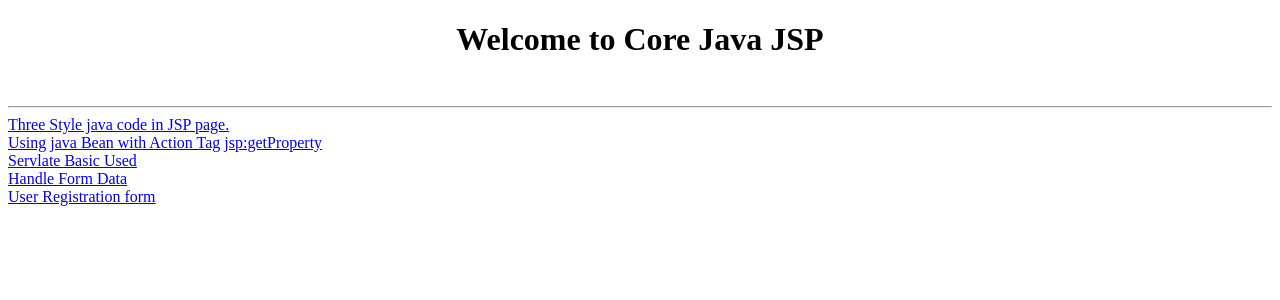
Repository: imrangthub/BlogUsingCoreJava
Page: http://localhost/StartingJsp_00/
The author's editor kept a copy of each file at every save. The page is drawn from the files as they stood at one save, then again after the next save.
The browser window is 1280 px wide. The pictures show the whole page.
The page is served by Tomcat 9.

Above is the page before, as saved 2016-12-24 14:17:17.

After the next save:
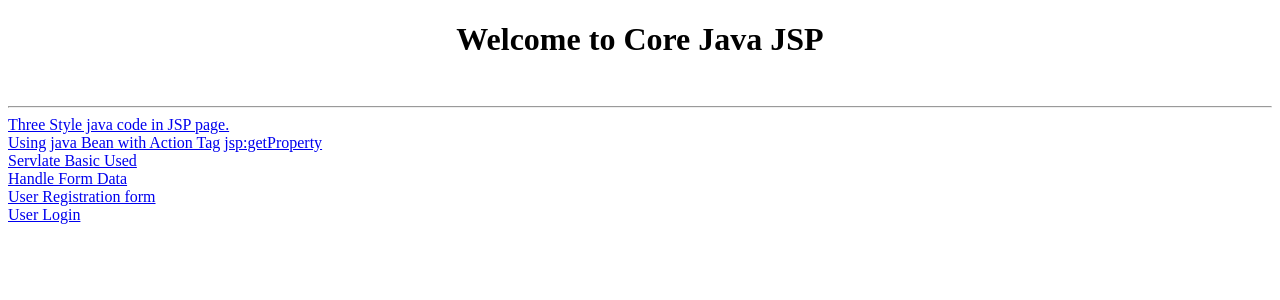
Saved 38 s later.
--- a/StartingJsp_00/WebContent/index.jsp
+++ b/StartingJsp_00/WebContent/index.jsp
@@ -15,6 +15,7 @@
 <a href="Test">Servlate Basic Used</a><br/>
 <a href="formDataHandlePostM.jsp">Handle Form Data</a><br/>
 <a href="registration.jsp">User Registration form</a><br/>
+<a href="login.jsp">User Login</a>
 
 
 </body>
